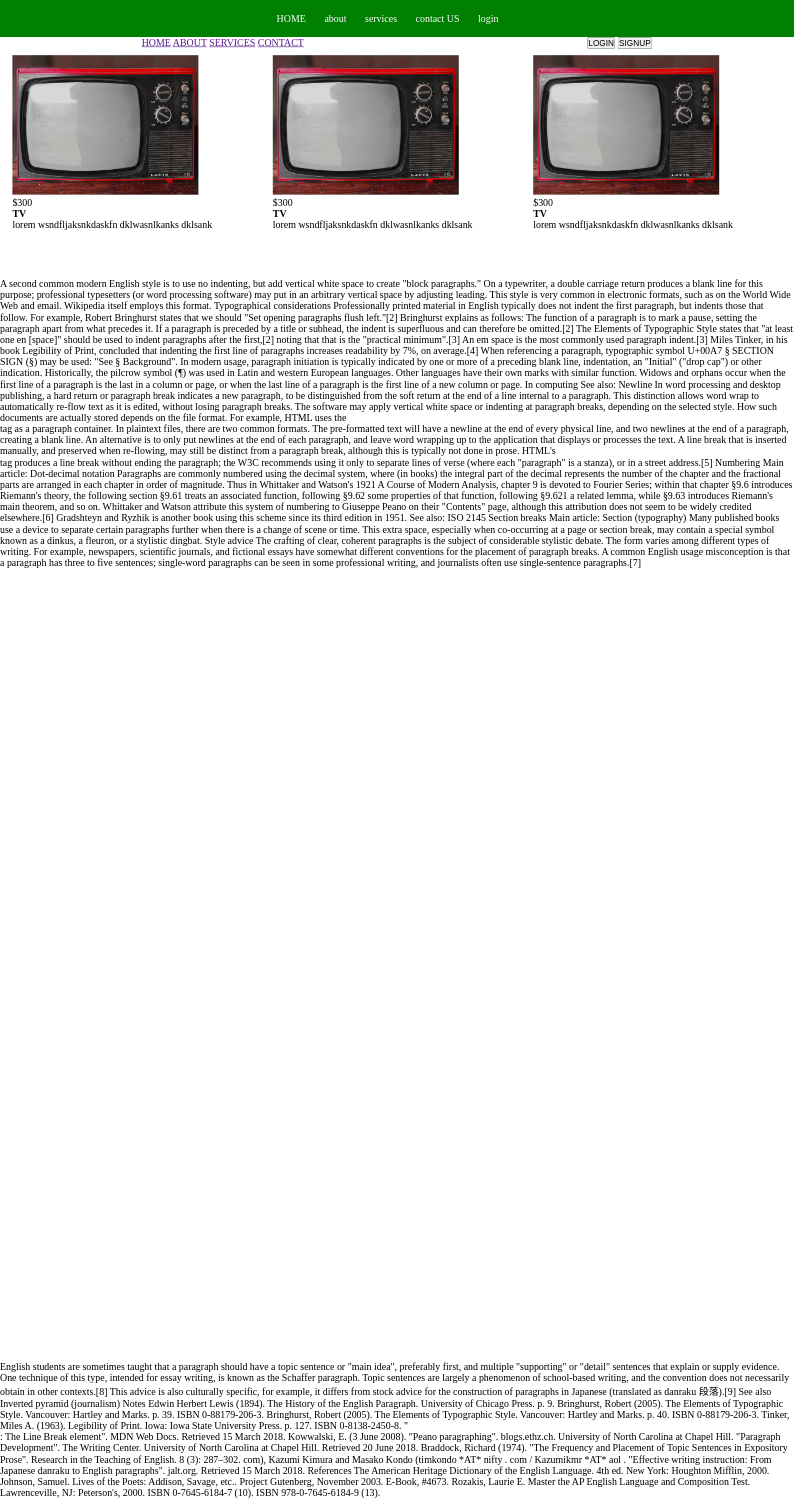
Repository: viveknaidu007/repo-166-Full-Stack-Development-Learning-Notes-Innomatics-2024
Page: module_1-html,css,bootstrap/sept_25_2024/index.html
These files come from the project's save history. The page is drawn as it stood at one moment and after the next save; the edit follows.
The browser window is 1280 px wide. The pictures show the whole page, at 62% of full size.

Above is the page before, as saved 2024-09-28 01:10:47.

### module_1-html,css,bootstrap/sept_25_2024/index.html
<!DOCTYPE html>
<html lang="en">
<head>
    <meta charset="UTF-8">
    <meta name="viewport" content="width=device-width, initial-scale=1.0">
    <title>flex_box</title>

    <style>
        ul{
            display: flex;
            list-style-type: none;
            background-color: green;
            color: white;
            height:60px;
            justify-content: center;
            align-items: center;
        }

        ul li{
            margin-right: 30px;
        }

        *{
            margin:0px;
            padding:0px;
            justify-content: center;
        }

        .product{
            width: 400px;
            height : 350px;
            border: 2px solid blaxk;
            border-radius: 10px;
            margin: auto;
        }

        img{
            width: 300px;
        }

        .container{
            display: flex;
            margin : 10px;
        }

        .sub-nav{
            display: flex;
            justify-content: space-around;

        }

        header{
            position:sticky;
            top: 0px;
            z-index: -1;

        }

    </style>
</head>
<body>
    <header>
        <nav>
            <ul>
                <li> HOME </li>
                <li> about </li>
                <li> services </li>
                <li> contact US </li>
                <li> login </li>
            </ul>
        </nav>
    </header>


    <div class="sub-nav">

        <div>
            <a href="">HOME</a>
            <a href="">ABOUT</a>
            <a href="">SERVICES</a>
            <a href="">CONTACT</a>
        </div>

        <div>
            <button> LOGIN </button>
            <button> SIGNUP </button>
        </div>

    </div>

    <div class="container">

        <div class="product">
            <img src="vintage-tv-1116587_1280.jpg" alt="">
            <p> $300 </p>
            <h4> TV </h4>
            <p> lorem wsndfljaksnkdaskfn dklwasnlkanks dklsank</p>

        </div>

        <div class="product">
            <img src="vintage-tv-1116587_1280.jpg" alt="">
            <p> $300 </p>
            <h4> TV </h4>
            <p> lorem wsndfljaksnkdaskfn dklwasnlkanks dklsank</p>

        </div>

        <div class="product">
            <img src="vintage-tv-1116587_1280.jpg" alt="">
            <p> $300 </p>
            <h4> TV </h4>
            <p> lorem wsndfljaksnkdaskfn dklwasnlkanks dklsank</p>

        </div>

    </div>

    <p>A second common modern English style is to use no indenting, but add vertical white space to create "block paragraphs." On a typewriter, a double carriage return produces a blank line for this purpose; professional typesetters (or word processing software) may put in an arbitrary vertical space by adjusting leading. This style is very common in electronic formats, such as on the World Wide Web and email. Wikipedia itself employs this format.
        Typographical considerations

        Professionally printed material in English typically does not indent the first paragraph, but indents those that follow. For example, Robert Bringhurst states that we should "Set opening paragraphs flush left."[2] Bringhurst explains as follows:

            The function of a paragraph is to mark a pause, setting the paragraph apart from what precedes it. If a paragraph is preceded by a title or subhead, the indent is superfluous and can therefore be omitted.[2]

        The Elements of Typographic Style states that "at least one en [space]" should be used to indent paragraphs after the first,[2] noting that that is the "practical minimum".[3] An em space is the most commonly used paragraph indent.[3] Miles Tinker, in his book Legibility of Print, concluded that indenting the first line of paragraphs increases readability by 7%, on average.[4]

        When referencing a paragraph, typographic symbol U+00A7 § SECTION SIGN (&sect;) may be used: "See § Background".

        In modern usage, paragraph initiation is typically indicated by one or more of a preceding blank line, indentation, an "Initial" ("drop cap") or other indication. Historically, the pilcrow symbol (¶) was used in Latin and western European languages. Other languages have their own marks with similar function.

        Widows and orphans occur when the first line of a paragraph is the last in a column or page, or when the last line of a paragraph is the first line of a new column or page.
        In computing
        See also: Newline

        In word processing and desktop publishing, a hard return or paragraph break indicates a new paragraph, to be distinguished from the soft return at the end of a line internal to a paragraph. This distinction allows word wrap to automatically re-flow text as it is edited, without losing paragraph breaks. The software may apply vertical white space or indenting at paragraph breaks, depending on the selected style.

        How such documents are actually stored depends on the file format. For example, HTML uses the <p> tag as a paragraph container. In plaintext files, there are two common formats. The pre-formatted text will have a newline at the end of every physical line, and two newlines at the end of a paragraph, creating a blank line. An alternative is to only put newlines at the end of each paragraph, and leave word wrapping up to the application that displays or processes the text.

        A line break that is inserted manually, and preserved when re-flowing, may still be distinct from a paragraph break, although this is typically not done in prose. HTML's <br /> tag produces a line break without ending the paragraph; the W3C recommends using it only to separate lines of verse (where each "paragraph" is a stanza), or in a street address.[5]
        Numbering
        Main article: Dot-decimal notation

        Paragraphs are commonly numbered using the decimal system, where (in books) the integral part of the decimal represents the number of the chapter and the fractional parts are arranged in each chapter in order of magnitude. Thus in Whittaker and Watson's 1921 A Course of Modern Analysis, chapter 9 is devoted to Fourier Series; within that chapter §9.6 introduces Riemann's theory, the following section §9.61 treats an associated function, following §9.62 some properties of that function, following §9.621 a related lemma, while §9.63 introduces Riemann's main theorem, and so on. Whittaker and Watson attribute this system of numbering to Giuseppe Peano on their "Contents" page, although this attribution does not seem to be widely credited elsewhere.[6] Gradshteyn and Ryzhik is another book using this scheme since its third edition in 1951.
        See also: ISO 2145
        Section breaks
        Main article: Section (typography)

        Many published books use a device to separate certain paragraphs further when there is a change of scene or time. This extra space, especially when co-occurring at a page or section break, may contain a special symbol known as a dinkus, a fleuron, or a stylistic dingbat.
        Style advice

        The crafting of clear, coherent paragraphs is the subject of considerable stylistic debate. The form varies among different types of writing. For example, newspapers, scientific journals, and fictional essays have somewhat different conventions for the placement of paragraph breaks.

        A common English usage misconception is that a paragraph has three to five sentences; single-word paragraphs can be seen in some professional writing, and journalists often use single-sentence paragraphs.[7]















            <br>
            <br>
            <br>
            <br>
            <br>
            <br>
            <br>
            <br>
            <br>
            <br>
            <br>
            <br>
            <br>
            <br>
            <br>
            <br>
            <br>
            <br>
            <br>
            <br>
            <br>
            <br>
            <br>
            <br>
            <br>
            <br>
            <br>
            <br>
            <br>
            <br>
            <br>
            <br>
            <br>
            <br>
            <br>
            <br>
            <br>
            <br>
            <br>
            <br>
            <br>
            <br>
            <br>
            <br>
            <br>
            <br>
            <br>
            <br>
            <br>
            <br>
            <br>
            <br>
            <br>
            <br>
            <br>
            <br>
            <br>
            <br>
            <br>
            <br>
            <br>
            <br>
            <br>
            <br>
            <br>
            <br>
            <br>
            <br>
            <br>
            <br>
            <br>
            <br>

















        English students are sometimes taught that a paragraph should have a topic sentence or "main idea", preferably first, and multiple "supporting" or "detail" sentences that explain or supply evidence. One technique of this type, intended for essay writing, is known as the Schaffer paragraph. Topic sentences are largely a phenomenon of school-based writing, and the convention does not necessarily obtain in other contexts.[8] This advice is also culturally specific, for example, it differs from stock advice for the construction of paragraphs in Japanese (translated as danraku 段落).[9]
        See also

            Inverted pyramid (journalism)

        Notes

        Edwin Herbert Lewis (1894). The History of the English Paragraph. University of Chicago Press. p. 9.
        Bringhurst, Robert (2005). The Elements of Typographic Style. Vancouver: Hartley and Marks. p. 39. ISBN 0-88179-206-3.
        Bringhurst, Robert (2005). The Elements of Typographic Style. Vancouver: Hartley and Marks. p. 40. ISBN 0-88179-206-3.
        Tinker, Miles A. (1963). Legibility of Print. Iowa: Iowa State University Press. p. 127. ISBN 0-8138-2450-8.
        "<br>: The Line Break element". MDN Web Docs. Retrieved 15 March 2018.
        Kowwalski, E. (3 June 2008). "Peano paragraphing". blogs.ethz.ch.
        University of North Carolina at Chapel Hill. "Paragraph Development". The Writing Center. University of North Carolina at Chapel Hill. Retrieved 20 June 2018.
        Braddock, Richard (1974). "The Frequency and Placement of Topic Sentences in Expository Prose". Research in the Teaching of English. 8 (3): 287–302.

            com), Kazumi Kimura and Masako Kondo (timkondo *AT* nifty . com / Kazumikmr *AT* aol . "Effective writing instruction: From Japanese danraku to English paragraphs". jalt.org. Retrieved 15 March 2018.

        References

            The American Heritage Dictionary of the English Language. 4th ed. New York: Houghton Mifflin, 2000.
            Johnson, Samuel. Lives of the Poets: Addison, Savage, etc.. Project Gutenberg, November 2003. E-Book, #4673.
            Rozakis, Laurie E. Master the AP English Language and Composition Test. Lawrenceville, NJ: Peterson's, 2000. ISBN 0-7645-6184-7 (10). ISBN 978-0-7645-6184-9 (13).</p>
</body>
</html>

After the next save:
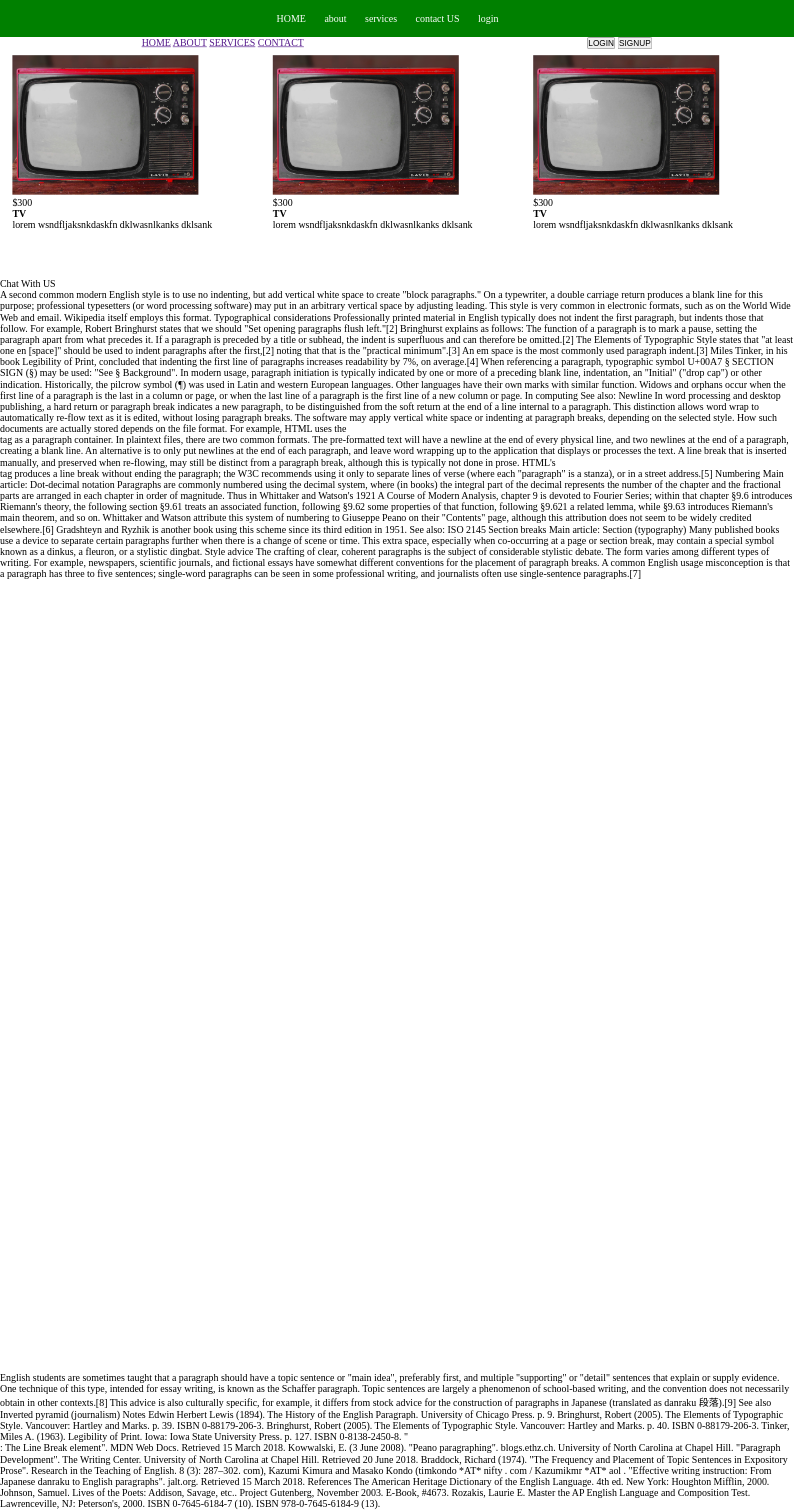
Saved 6 min 24 s later.
--- a/module_1-html,css,bootstrap/sept_25_2024/index.html
+++ b/module_1-html,css,bootstrap/sept_25_2024/index.html
@@ -116,6 +116,8 @@
 
     </div>
 
+    <div class="box chat-with-us"> Chat With US </div>
+
     <p>A second common modern English style is to use no indenting, but add vertical white space to create "block paragraphs." On a typewriter, a double carriage return produces a blank line for this purpose; professional typesetters (or word processing software) may put in an arbitrary vertical space by adjusting leading. This style is very common in electronic formats, such as on the World Wide Web and email. Wikipedia itself employs this format.
         Typographical considerations
 

After the save that followed:
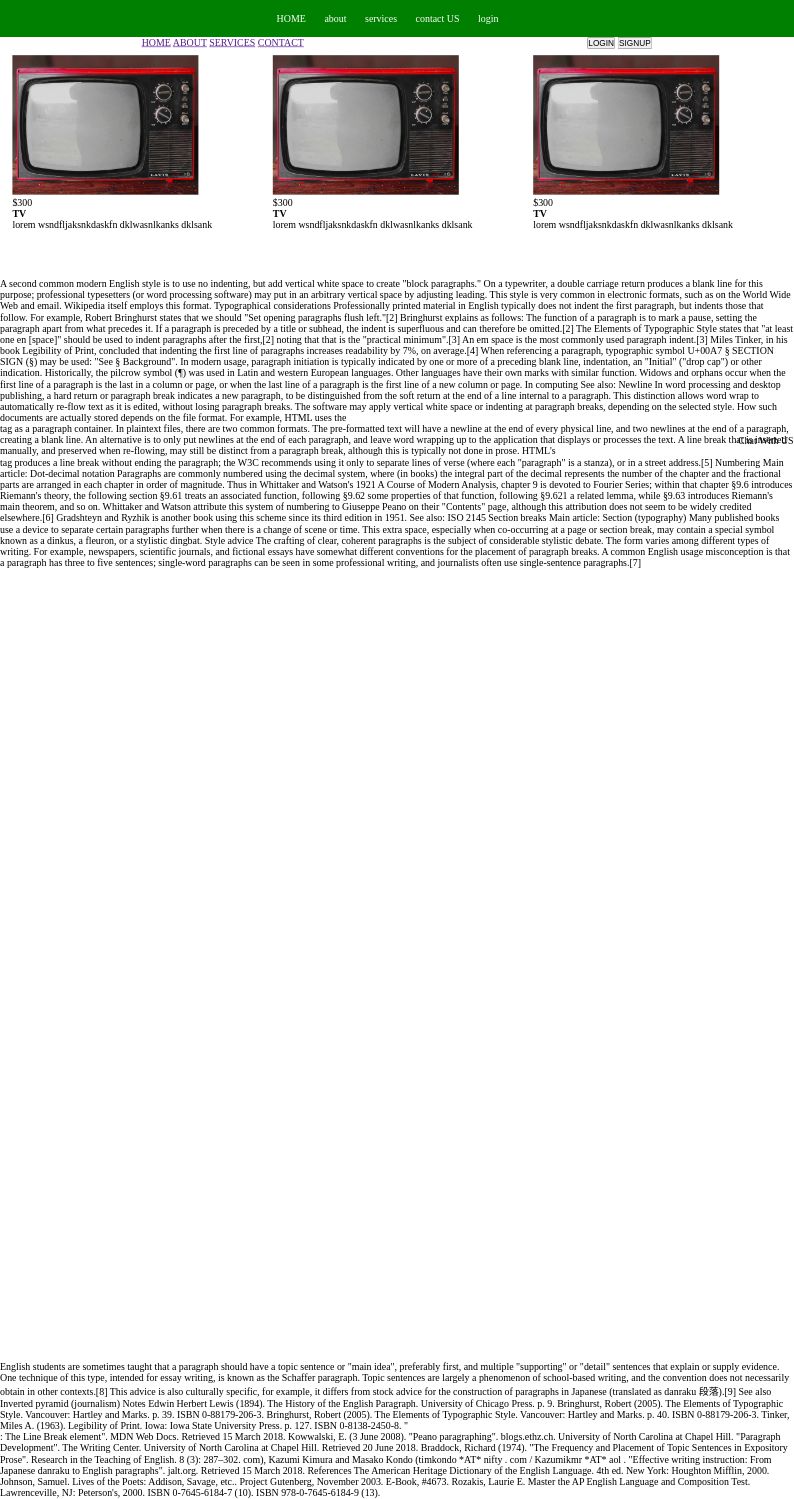
Saved 71 s later.
--- a/module_1-html,css,bootstrap/sept_25_2024/index.html
+++ b/module_1-html,css,bootstrap/sept_25_2024/index.html
@@ -54,6 +54,12 @@
             top: 0px;
             z-index: -1;
 
+        }
+
+        .chat-with-us{
+            position: fixed;
+            right : 0px;
+            bottom : 0px
         }
 
     </style>
